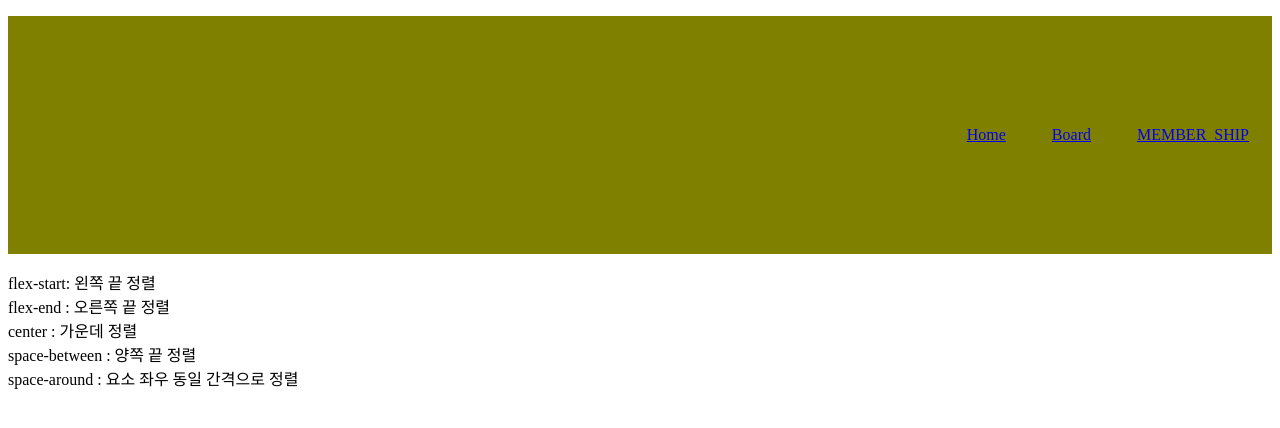
Repository: cleangggg/front
Page: css/ex09.html
These files come from the project's save history. The page is drawn as it stood at one moment and after the next save; the edit follows.
The browser window is 1280 px wide. The pictures show the whole page.

Above is the page before, as saved 2023-05-25 02:30:01.

After the next save:
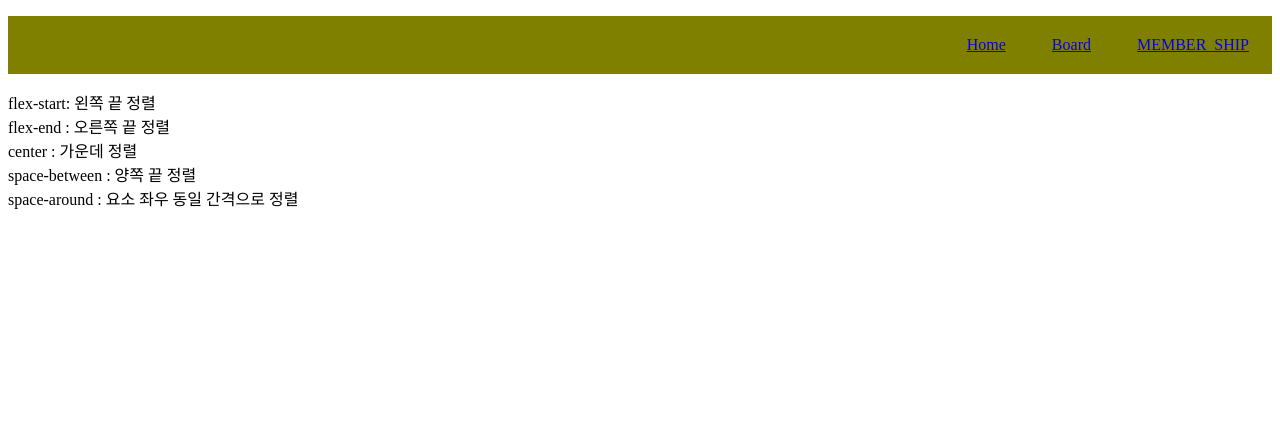
Saved 4 s later.
--- a/css/ex09.html
+++ b/css/ex09.html
@@ -14,7 +14,7 @@
 	display: flex;
 	justify-content: flex-end;
 }
-.nav>ul li{margin: 10px 13px; padding: 100px 10px;}
+.nav>ul li{margin: 10px 13px; padding: 10px 10px;}
 </style>
 
 </head>
